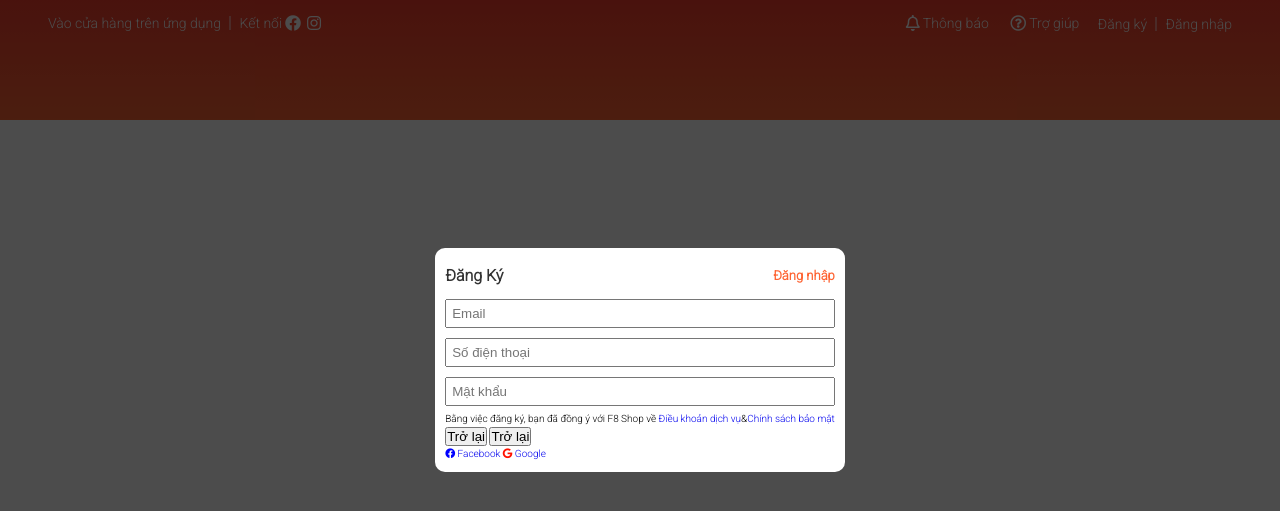
Repository: kebinh1235/Shopee-Demo
Page: index.html
The author's editor kept a copy of each file at every save. The page is drawn from the files as they stood at one save, then again after the next save.
The browser window is 1280 px wide. The pictures show the whole page.

Above is the page before, as saved 2021-10-01 22:20:56.

### index.html
<!DOCTYPE html>
<html lang="en">

<head>
  <meta charset="UTF-8">
  <meta http-equiv="X-UA-Compatible" content="IE=edge">
  <meta name="viewport" content="width=device-width, initial-scale=1.0">
  <title>F8 Shop</title>
  <link rel="stylesheet" href="./asset/css/main.css">
  <link rel="stylesheet" href="./asset/css/base.css">
  <link rel="stylesheet" href="https://cdnjs.cloudflare.com/ajax/libs/font-awesome/5.15.4/css/all.min.css">
</head>

<body>
  <div class="app">
    <header class="header">
      <div class="grid">
        <nav class="header__navbar">
          <ul class="header__navbar-list">
            <li class="header__navbar-item header__item-separator">
              Vào cửa hàng trên ứng dụng
              <div class="header__navbar-QRCode">
                <div class="header__navbar-QRCode-img">
                  <img
                    src="https://upload.wikimedia.org/wikipedia/commons/thumb/d/d0/QR_code_for_mobile_English_Wikipedia.svg/1200px-QR_code_for_mobile_English_Wikipedia.svg.png"
                    alt="">
                </div>
                <div class="header__navbar-QRCode-social">
                  <a class="header__navbar-QRCode-link" href="#">
                    <i class="fab fa-google header__navbar-QRCode-icon-google"></i>
                    <span class="header__navbar-QRCode-title-google">Google</span>
                  </a>
                  <a class="header__navbar-QRCode-link" href="#">
                    <i class="fab fa-facebook header__navbar-QRCode-icon-facebook"></i>
                    <span class="header__navbar-QRCode-title-facebook">Facebook</span>
                  </a>
                </div>
              </div>
            </li>
            <li class="header__navbar-item">
              <span class="user__select-none">Kết nối</span>
              <a class="header__navbar-link-icon" href="#">
                <i class="fab fa-facebook header__navbar-icon"></i>
              </a>
              <a class="header__navbar-link-icon" href="#">
                <i class="fab fa-instagram header__navbar-icon"></i>
              </a>
            </li>
          </ul>
          <ul class="header__navbar-list">
            <li class="header__navbar-item">
              <a href="#" class="header__navbar-link">
                <i class="far fa-bell header__navbar-icon"></i>
                Thông báo
              </a>
              <div class="header__navbar-notification">
                <div class="header__navbar-noti-heading">
                  <h3>Thông báo nhận hàng</h3>
                </div>
                <ul class="header__navbar-noti-list">
                  <li class="header__navbar-noti-list-item header__navbar-noti-list-viewd">
                    <a class="header__navbar-noti-list-link" href="#">
                      <img src="https://www.oberlo.com/media/1603958036-new-products.jpg" alt="">
                      <div class="header_navbar-noti-content">
                        <span class="header_navbar-noti-name">Xác thực chính hãng nguồn gốc các sản phẩm Ohui</span>
                        <span class="header_navbar-noti-description">Xác thực chính hãng nguồn gốc các sản phẩm
                          Ohui</span>
                      </div>
                    </a>
                  </li>
                  <li class="header__navbar-noti-list-item header__navbar-noti-list-viewd">
                    <a class="header__navbar-noti-list-link" href="#">
                      <img src="https://www.oberlo.com/media/1603958036-new-products.jpg" alt="">
                      <div class="header_navbar-noti-content">
                        <span class="header_navbar-noti-name">Xác thực chính hãng nguồn gốc các sản phẩm Ohui</span>
                        <span class="header_navbar-noti-description">Xác thực chính hãng nguồn gốc các sản phẩm
                          Ohui</span>
                      </div>
                    </a>
                  </li>
                  <li class="header__navbar-noti-list-item">
                    <a class="header__navbar-noti-list-link" href="#">
                      <img src="https://www.oberlo.com/media/1603958036-new-products.jpg" alt="">
                      <div class="header_navbar-noti-content">
                        <span class="header_navbar-noti-name">Xác thực chính hãng nguồn gốc các sản phẩm Ohui</span>
                        <span class="header_navbar-noti-description">Xác thực chính hãng nguồn gốc các sản phẩm
                          Ohui</span>
                      </div>
                    </a>
                  </li>
                </ul>
                <div class="header__navbar-noti-footer">
                  <a class="header__navbar-noti-footer-link" href="#">Xem tất cả</a>
                </div>
              </div>
            </li>
            <li class="header__navbar-item">
              <a href="#" class="header__navbar-link">
                <i class="far fa-question-circle header__navbar-icon"></i>
                Trợ giúp
              </a>
            </li>
            <li class="header__navbar-item">
              <a href="#" class="header__navbar-link header__item-bold header__item-separator">Đăng ký</a>
            </li>
            <li class="header__navbar-item">
              <a href="#" class="header__navbar-link header__item-bold">Đăng nhập</a>
            </li>
          </ul>
        </nav>
      </div>
    </header>

    <div class="container">

    </div>

    <div class="footer">

    </div>
    <!--Modal-->
    <div class="modal">
      <div class="modal__overlay"></div>
      <div class="modal__body">
        <div class="modal__inner">
          <div class="auth__form">
            <div class="auth__form-header">
                <h3 class="auth__form-heading">Đăng Ký</h3>
                <span class="authb__form-btn-switch">Đăng nhập</span>
            </div>
            <div class="auth__form-form">
              <div class="auth__form-group">
                <input class="auth__form-input" type="text" placeholder="Email">
              </div>
              <div class="auth__form-group">
                <input class="auth__form-input" type="text" placeholder="Số điện thoại">
              </div>
              <div class="auth__form-group">
                <input class="auth__form-input" type="text" placeholder="Mật khẩu">
              </div>
            </div>
            <div class="auth__form-note">
              <span>
                Bằng việc đăng ký, bạn đã đồng ý với F8 Shop về
                <a class="auth__form-note-link" href="#">Điều khoản dịch vụ</a>&<a class="auth__form-note-link" href="#">Chính sách bảo mật</a>
              </span>
            </div>
            <div class="auth__form-controls">
              <button class="btn">Trở lại</button>
              <button class="btn btn-primary">Trở lại</button>
            </div>
            <div class="auth__form-social">
              <a href="#" class="btn btn-with-icon">
                <i class="fab fa-facebook header__navbar-QRCode-icon-facebook"></i>
                Facebook
              </a>
              <a href="#" class="btn btn-with-icon">
                <i class="fab fa-google header__navbar-QRCode-icon-google"></i>
                Google
              </a>
            </div>
          </div>
        </div>
      </div>
    </div>
  </div>
</body>

</html>

### asset/css/main.css
.header {
  height: 120px;
  background: linear-gradient(0, #fe6433, #f53e2d)
}
.header__navbar {
  display: flex;
  justify-content: space-between;
  padding: 10px 0;
}
.header__navbar-QRCode{
  background: white;
  height: 200px;
  position: absolute;
  top: 30px;
  padding: 10px;
  display: none;
  animation: fadeIn ease-out .8s;
}
.header__navbar-item:hover .header__navbar-QRCode {
  display: block;
}
.header__navbar-item:hover .header__navbar-notification {
  display: block;
}
.header__navbar-QRCode-img{
  width: 160px;
}
.header__navbar-QRCode-img img {
  width: 100%;
}
.header__navbar-QRCode-social {
  display: flex;
  align-items: center;
  justify-content: space-between;
}
.header__navbar-QRCode-social:before {
  content: '';
  position: absolute;
  top: -8px;
  left: 0;
  width: 100%;
  height: 10px;
  background: transparent;
}
.header__navbar-QRCode-link {
  font-size: 1.4rem;
  color: var(--text-color);
}
.header__navbar-QRCode-title-google:hover {
  color: #ff1100;
  transition: var(--transition-primary);
}
.header__navbar-QRCode-title-facebook:hover {
  color: blue;
  transition: var(--transition-primary);
}
.header__navbar-QRCode-icon-google {
  color: #ff1100;
}
.header__navbar-QRCode-icon-facebook {
  color: blue;
}
.header__navbar-list {
  list-style: none;
}
.header__navbar-item {
  margin: 0 8px;
  position: relative;
  min-height: 26px;
}
.header__item-separator::after {
  content: '';
  position: absolute;
  right: -10px;
  top: 50%;
  transform: translateY(-50%);
  height: 12px;
  border: 1px solid #FB9086;
}
.header__navbar-item,
.header__navbar-link {
  display: inline-block;
  font-size: 1.4rem;
  color: var(--white-color);
  text-decoration: none;
  font-weight: 300;
}
.header__navbar-item:hover,
.header__navbar-link:hover,
.header__navbar-link-icon:hover {
  cursor: pointer;
  color: rgba(255, 255, 255, 0.7);
}
.header__navbar-item,
.header__navbar-link,
.header__navbar-link-icon {
  display: inline-flex;
  align-items: center;
}
.header__navbar-link-icon {
  color: var(--white-color);
}
.header__navbar-icon {
  font-size: 1.6rem;
  margin: 0 3px;
}
.header__item-bold {
  font-weight: 500;
}
.user__select-none {
  cursor: text;
  color: var(--white-color);
}
.header__navbar-notification{
  position: absolute;
  top: 35px;
  right: 0;
  width: 404px;
  background: var(--white-color);
  display: none;
  box-shadow: rgba(0, 0, 0, 0.16) 0px 1px 4px;
  animation: growthUp ease-in .3s;
  will-change: opacity, transform, scale;
  transform-origin: calc(100% - 20px) top;
}
.header__navbar-notification:before {
  content: "";
  position: absolute;
  top: -10px;
  right: 0;
  width: 100%;
  background: transparent;
  height: 15px;
}
.header__navbar-notification:after {
  content: "";
  position: absolute;
  top: -32px;
  right: 10px;
  border: 20px solid #000;
  border-color: transparent transparent var(--white-color) transparent;
}
.header__navbar-noti-heading{
  padding: 10px;
  box-shadow: rgba(0, 0, 0, 0.16) 0px 1px 4px;
  cursor: default;
}
.header__navbar-noti-heading h3 {
  font-size: 1.6rem;
  color: var(--text-color);
}
.header__navbar-noti-list{
  list-style: none;
  box-shadow: rgba(0, 0, 0, 0.16) 0px 1px 1px;
}
.header__navbar-noti-list-item{
  padding: 8px 10px;
}
.header__navbar-noti-list-viewd{
  background: #ffe3e3;
}
.header__navbar-noti-list-item:hover{
  background: #f3c8c8;
  transition: var(--transition-primary);
}
.header__navbar-noti-list-link{
  display: inline-flex;
  align-items: center;
}
.header__navbar-noti-list-link img{
  width: 60px;
  object-fit: contain;
}
.header_navbar-noti-content{
  padding-left: 10px;
}
.header_navbar-noti-name{
  font-size: 1.4rem;
  font-weight: bold;
  color: var(--text-color);
  margin-bottom: 5px;
  line-height: 2rem;
  text-align: justify;
  display: block;
}
.header_navbar-noti-description{
  font-size: 1.3rem;
  color: var(--text-color-rgb-black);
  display: block;
}
.header__navbar-noti-footer{
  padding: 10px;
  text-align: center;
  box-shadow: rgba(0, 0, 0, 10px) 0px 1px 1px;
}
.header__navbar-noti-footer-link{
  color: var(--text-color-rgb-black);
}

/*Start Modal*/
.modal{
  position: fixed;
  /* top: 0;
  right: 0;
  bottom: 0;
  left: 0; */
  inset: 0;
  display: flex;
}
.modal__overlay{
  position: absolute;
  width: 100%;
  height: 100%;
  background: rgba(0, 0, 0, 0.7);
}
.modal__body{
  margin: auto;
  background: var(--white-color);
  overflow: hidden;
  z-index: 1;
  border-radius: 10px;
}
.modal__inner{
  padding: 10px;
}
.auth__form{

}
.auth__form-header{
  display: flex;
  justify-content: space-between;
  align-items: center;
  padding: 10px 0;
}
.auth__form-heading{
  font-size: 1.6rem;
  color: var(--text-color);
  font-weight: bold;
}
.authb__form-btn-switch{
  font-size: 1.3rem;
  color: var(--primary-color);
  font-weight: bold;
}
.auth__form-form{

}
.auth__form-group{
  padding: 5px 0;
  width: 100%;
}
.auth__form-input {
  width: 100%;
  padding: 5px;
}
.auth__form-note{

}
.auth_form-text {

}
.auth__form-controls{

}
.auth__form-social{

}

/*End Modal*/

### asset/css/base.css
@import url('https://fonts.googleapis.com/css2?family=Roboto:wght@300&display=swap');
:root {
  --white-color: #fff;
  --black-color: #000;
  --primary-color: #fe6433;
  --text-color: #333;
  --text-color-rgb-black: rgba(0, 0, 0, 0.7);
  --transition-primary: all .2s linear;
  --btn-primary: linear-gradient(0, #fe6433, #f53e2d);
}

* {
  margin: 0;
  padding: 0;
  box-sizing: inherit;
  text-decoration: none;
}

html {
  font-size: 62.5%;
  line-height: 1.6rem;
  border: none;
  outline: none;
  overflow: hidden;
  box-sizing: border-box;
  font-family: 'Roboto', sans-serif;
}

.grid {
  width: 1200px;
  max-width: 100%;
  margin: 0 auto;
}

.grid__full-width {
  width: 100%;
}

.grid__row {
  display: flex;
  flex-wrap: wrap;
}

/*Animation*/
@keyframes fadeIn {
  0% {
    opacity: 0;
  }
  100% {
    opacity: 1;
  }
}

@keyframes growthUp {
  0% {
    opacity: 0;
    transform: scale(0);
  }
  100% {
    opacity: 1;
    transform: scale(1);
  }
}

After the next save:
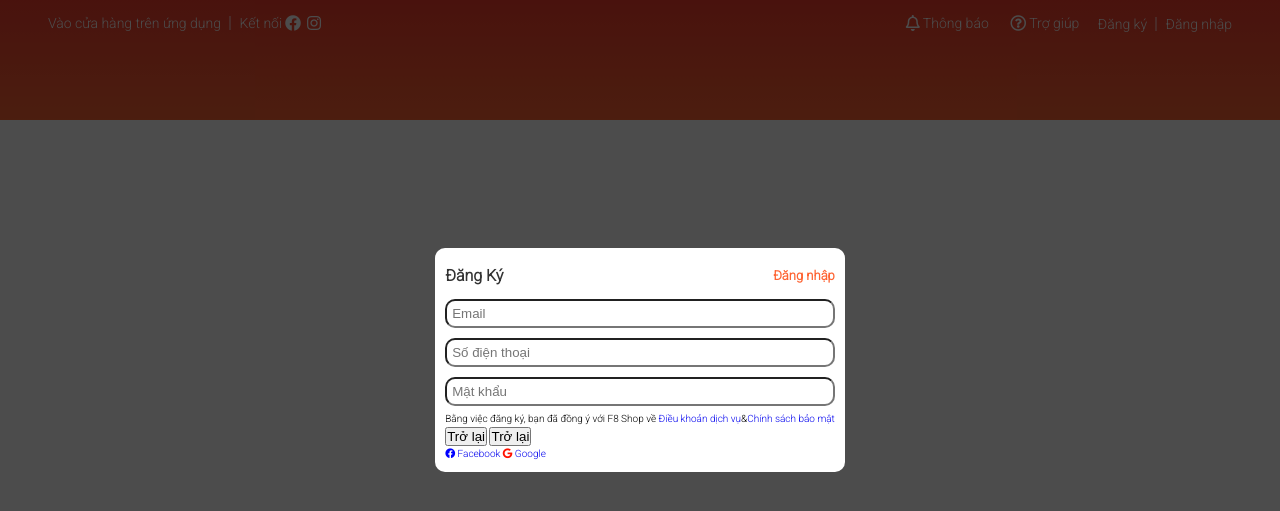
Saved 24 s later.
--- a/asset/css/main.css
+++ b/asset/css/main.css
@@ -252,6 +252,8 @@
 .auth__form-input {
   width: 100%;
   padding: 5px;
+  border-radius: 10px;
+  overflow-hidden
 }
 .auth__form-note{
 
